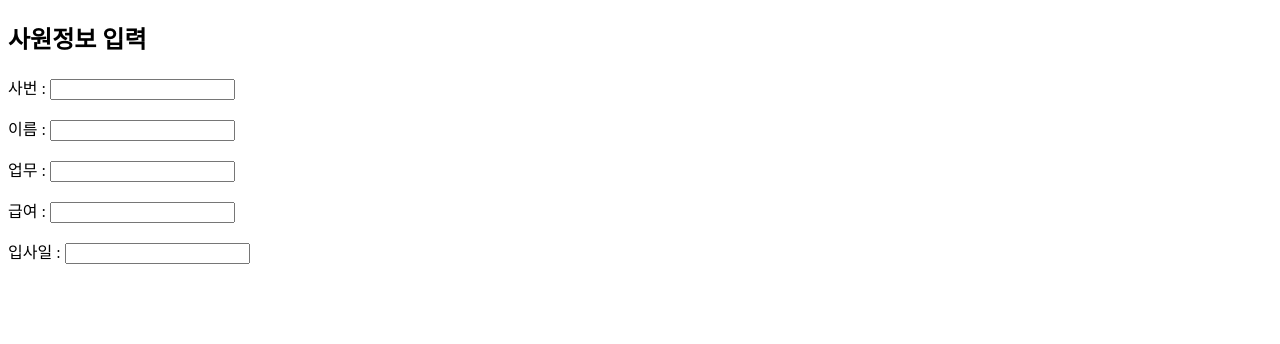
Repository: SongHyeSun/JSP
Page: jspSrc17/och08/src/main/webapp/emp.html
The author's editor kept a copy of each file at every save. The page is drawn from the files as they stood at one save, then again after the next save.
The browser window is 1280 px wide. The pictures show the whole page.

Above is the page before, as saved 2024-07-15 01:08:15.

After the next save:
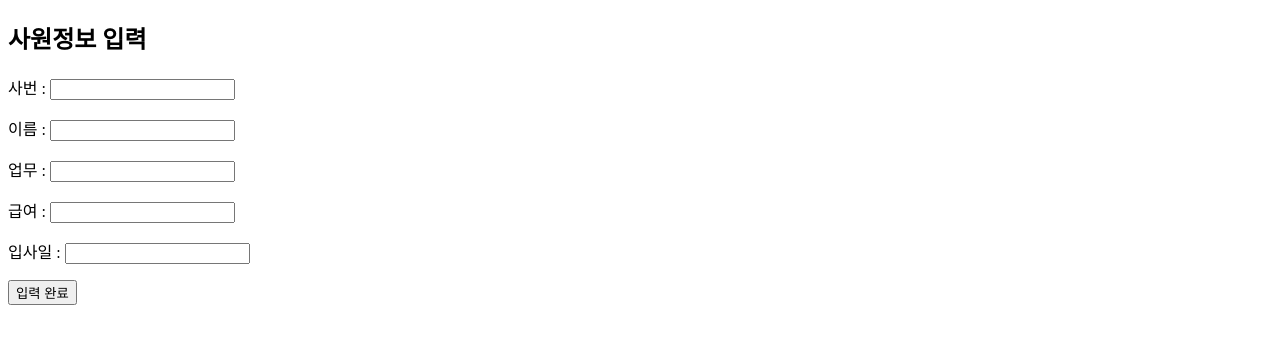
Saved 21 s later.
--- a/jspSrc17/och08/src/main/webapp/emp.html
+++ b/jspSrc17/och08/src/main/webapp/emp.html
@@ -12,6 +12,7 @@
 		업무 : <input  type="number" 		name="job"		 required="required"><p>
 		급여 : <input  type="number" 		name="sal"		 required="required"><p>
 		입사일 : <input type="number"	 	name="hiredate"	 required="required"><p>
+		<input type="submit" value="입력 완료">
 	</form>
 </body>
 </html>
